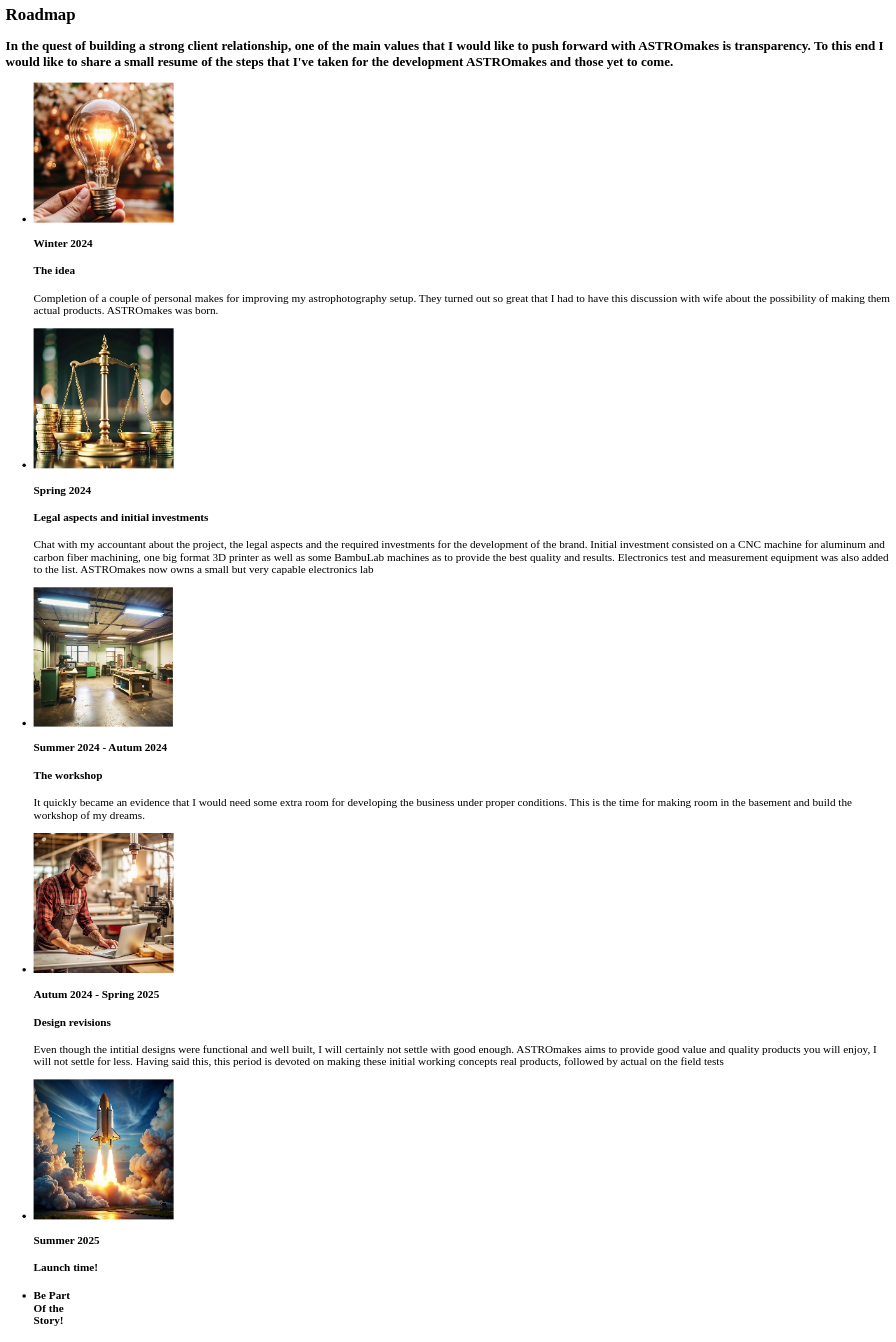
Repository: amazeika/astromakes-landing-page
Page: _includes/roadmap.html
These files come from the project's save history. The page is drawn as it stood at one moment and after the next save; the edit follows.
The browser window is 1280 px wide. The pictures show the whole page, at 70% of full size.

Above is the page before, as saved 2024-07-20 22:37:49.

After the next save:
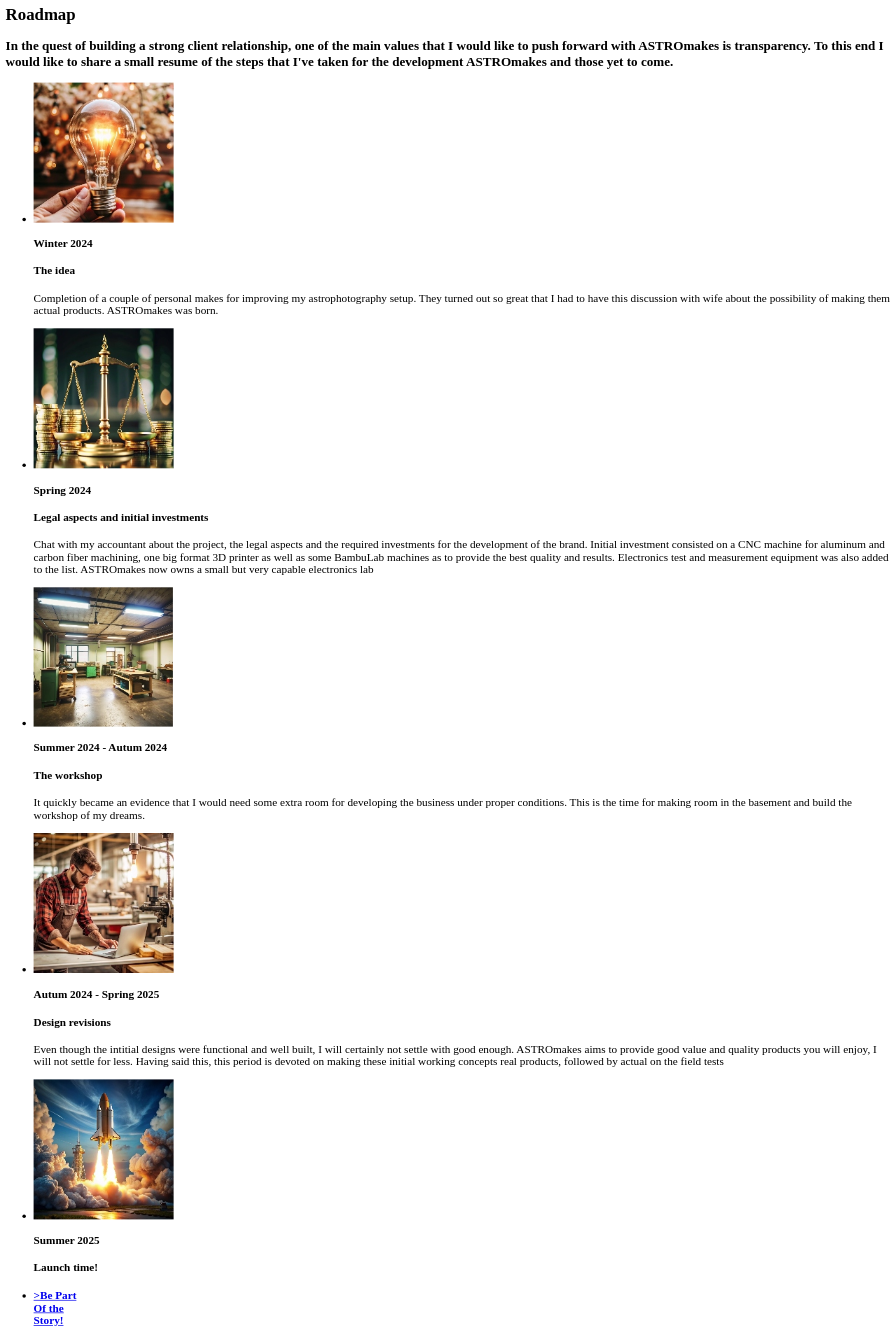
Saved 2 min 35 s later.
--- a/_includes/roadmap.html
+++ b/_includes/roadmap.html
@@ -82,9 +82,9 @@
                         </li>
                         <li class="timeline-inverted">
                             <div class="timeline-image">
-                                <h4>Be Part
+                                <h4><a href="#contact">>Be Part
                                     <br>Of the
-                                    <br>Story!</h4>
+                                    <br>Story!</h4></a>
                             </div>
                         </li>
                     </ul>
